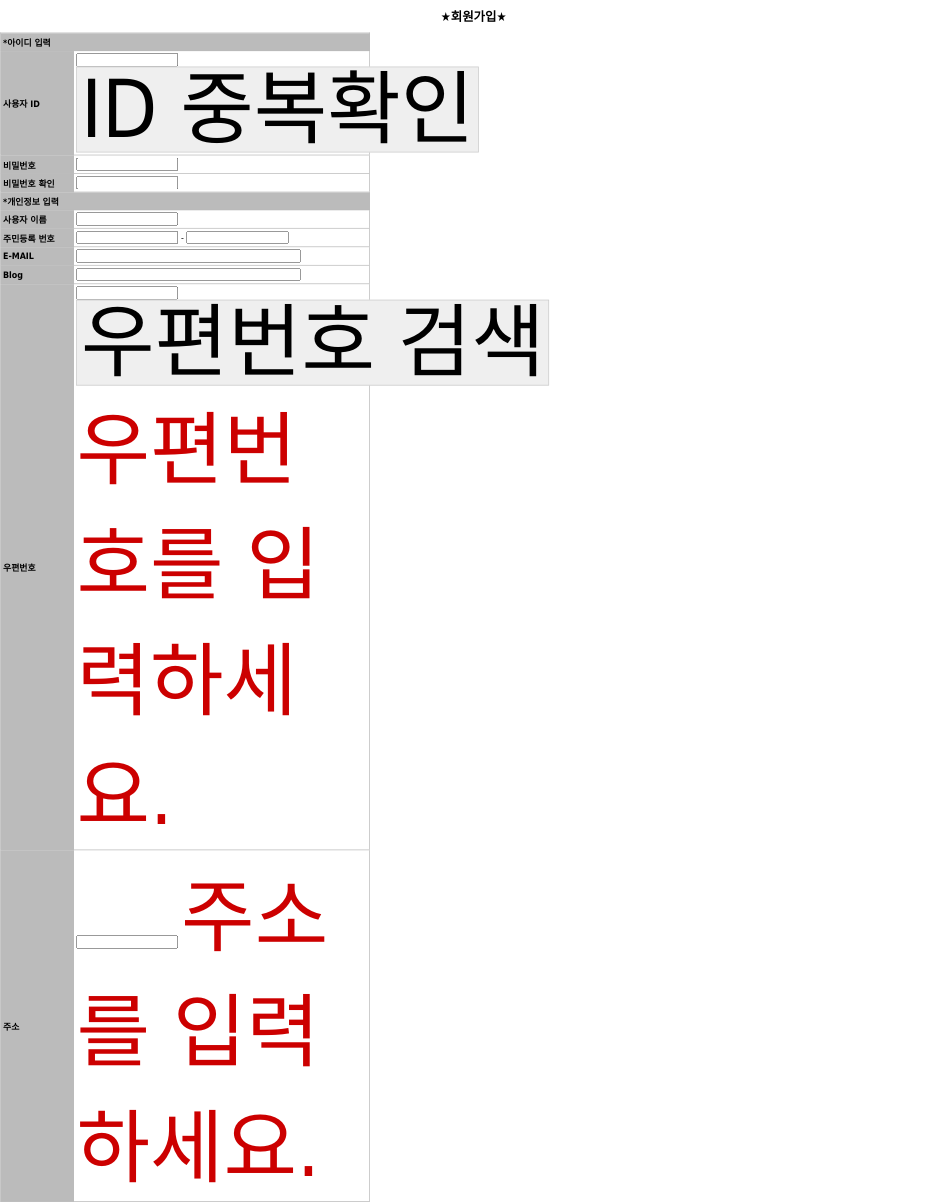
Repository: eParkjongtaek/lovedisket
Page: http://localhost/KH18_1/0904/inputForm.jsp
These files come from the project's save history. The page is drawn as it stood at one moment and after the next save; the edit follows.
The browser window is 1280 px wide. The pictures show the whole page, at 74% of full size.
The page is served by Tomcat 9.

Above is the page before, as saved 2017-09-04 04:26:21.

After the next save:
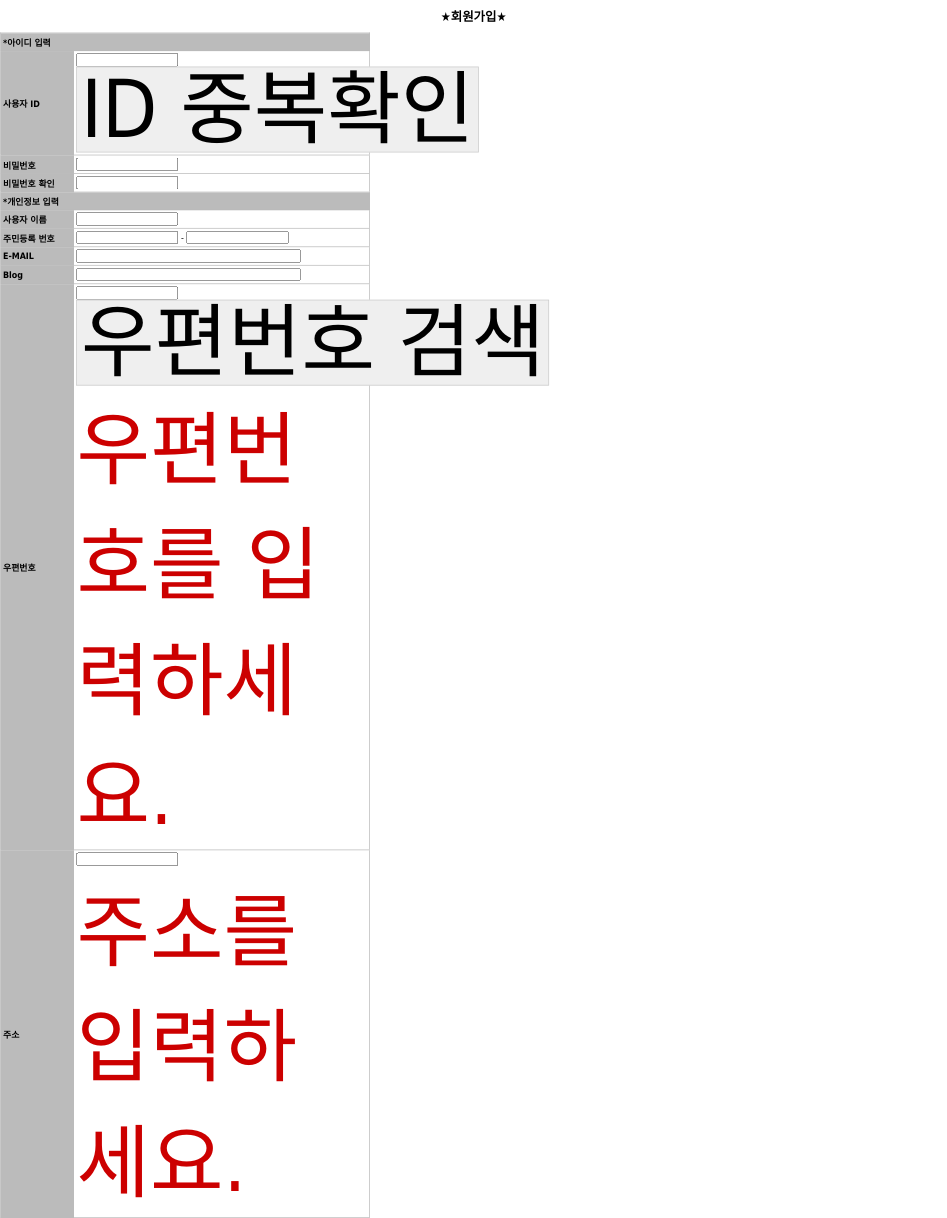
Saved 6 s later.
--- a/source/KH18_1/WebContent/0904/inputForm.jsp
+++ b/source/KH18_1/WebContent/0904/inputForm.jsp
@@ -120,7 +120,7 @@ function checkIt()
 					<th>주소</th>
 					<td>
 						<input type="text" name="address" class="w380" />
-						<span>주소를 입력하세요.</span>
+						<span class="descB">주소를 입력하세요.</span>
 					</td>
 				</tr>
 			</table>
